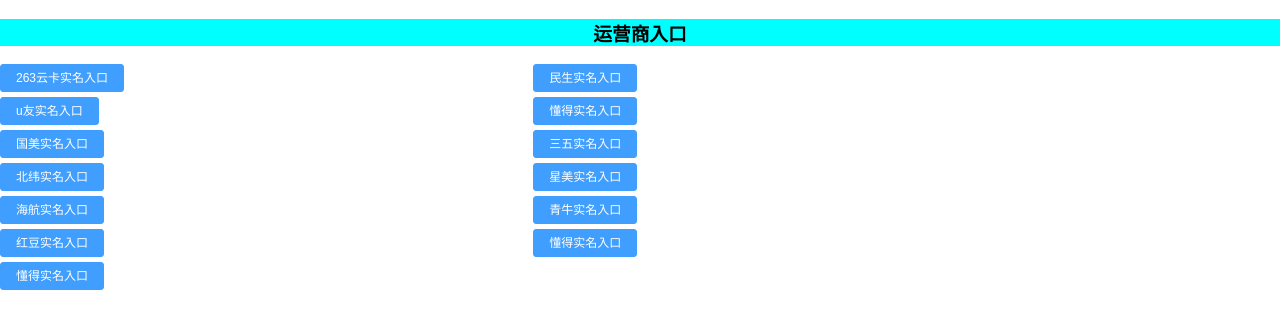
Repository: cmlsir1024/index-test
Page: index.html
These files come from the project's save history. The page is drawn as it stood at one moment and after the next save; the edit follows.
The browser window is 1280 px wide. The pictures show the whole page.

Above is the page before, as saved 2023-10-12 11:30:16.

### index.html
<!DOCTYPE html>
<html lang="en">
  <head>
    <meta charset="UTF-8" />
    <meta http-equiv="X-UA-Compatible" content="IE=edge" />
    <meta name="viewport" content="width=device-width, initial-scale=1.0" />

    <title>运营商入口</title>
    <script src="./js/vue.js"></script>
    <!-- 引入样式 -->
    <!-- <link rel="stylesheet" href="https://unpkg.com/element-ui/lib/theme-chalk/index.css" /> -->
    <!-- 引入组件库 -->
    <!-- <script src="https://unpkg.com/element-ui/lib/index.js"></script> -->
    <!-- <script src="./js/vue.js"></script> -->
    <!-- 引入样式 -->
    <link rel="stylesheet" href="./css/element-ui.css" />
    <!-- 引入组件库 -->
    <script src="./js/element-ui.js"></script>
    <style>
      html,
      body {
        margin: 0px;
        padding: 0px;
        overflow: hidden;
        /* background-color: #5e95dd; */
      }

      .tag {
        width: 60px;
        height: 30px;
        background: #a5bbd8;
        word-wrap: break-word;
        font-size: 12px;
        pointerevents: none;
      }

      .table-man {
        position: absolute;
        right: 10px;
        top: 0px;
        z-index: 999 !important;
      }

      /*最外层透明*/
      .el-table,
      .el-table__expanded-cell {
        /* background-color: transparent; */
        background-color: rgba(255, 255, 255, 0.5);
      }

      /* 表格内背景颜色 */
      .el-table th,
      .el-table tr,
      .el-table td {
        /* background-color: rgba(94, 150, 223); */
      }

      .el-dropdown-link {
        cursor: pointer;
        color: #ffffff;
        font-size: 16px;
      }

      .el-icon-arrow-down {
        font-size: 16px;
      }

      .ListCss {
        margin-top: 10px;
        margin-bottom: 10px;
        /* width: 100%; */
        display: flex;
        justify-content: flex-end;
      }

      .ist-add {
      }
      .icolor {
        color: chartreuse;
      }
      .xiacolor {
        color: dimgrey;
      }

      /* .buttonCss {
      margin-left: 50%;
    } */
      .el-table tr {
        background-color: transparent;
      }
      .box {
        justify-content: center;
      }
      .buttons {
        margin-bottom: 5px;
      }
    </style>
  </head>

  <body>
    <div id="app">
      <h3 style="background-color: aqua; text-align: center">运营商入口</h3>
      <div class="box">
        <el-row>
          <el-col :span="10" v-for="item in dataList">
            <el-button
              class="buttons"
              size="mini"
              @click="handleInfo(item.url)"
              type="primary"
            >
              {{item.name}}
            </el-button>
          </el-col>
        </el-row>

        <el-dialog
          title="扫码进入入口"
          :visible.sync="dialogVisible"
          width="80%"
        >
          <el-image
            style="width: 100px; height: 100px"
            :src="jpgList"
          ></el-image>
          <span slot="footer" class="dialog-footer">
            <el-button @click="dialogVisible = false">取 消</el-button>
            <el-button type="primary" @click="dialogVisible = false">
              确 定
            </el-button>
          </span>
        </el-dialog>
      </div>
    </div>
  </body>

  <script>
    var vm = new Vue({
      el: "#app",

      data: function () {
        return {
          radio1: "",
          dataList: [
            { name: "263云卡实名入口", id: 1, url: "./asstas/1.jpg" },
            { name: "民生实名入口", id: 2, url: "./asstas/2.jpg" },
            { name: "u友实名入口", id: 3, url: "./asstas/3.jpg" },
            { name: "懂得实名入口", id: 4, url: "./asstas/4.jpg" },
            { name: "国美实名入口", id: 4, url: "./asstas/4.jpg" },
            { name: "三五实名入口", id: 4, url: "./asstas/4.jpg" },
            { name: "北纬实名入口", id: 4, url: "./asstas/4.jpg" },
            { name: "星美实名入口", id: 4, url: "./asstas/4.jpg" },
            { name: "海航实名入口", id: 4, url: "./asstas/4.jpg" },
            { name: "青牛实名入口", id: 4, url: "./asstas/4.jpg" },
            { name: "红豆实名入口", id: 4, url: "./asstas/4.jpg" },
            { name: "懂得实名入口", id: 4, url: "./asstas/4.jpg" },
            { name: "懂得实名入口", id: 4, url: "./asstas/4.jpg" },
          ],
          dialogVisible: false,
          jpgList: "",
        };
      },
      created: function () {},
      mounted: function () {},
      methods: {
        handleInfo(str) {
          console.log(str);
          this.jpgList = str;
          this.dialogVisible = true;
        },
      },
    });
  </script>
</html>

Loaded but not shown: js/vue.js (library); css/element-ui.css (library); js/element-ui.js (library)

After the next save:
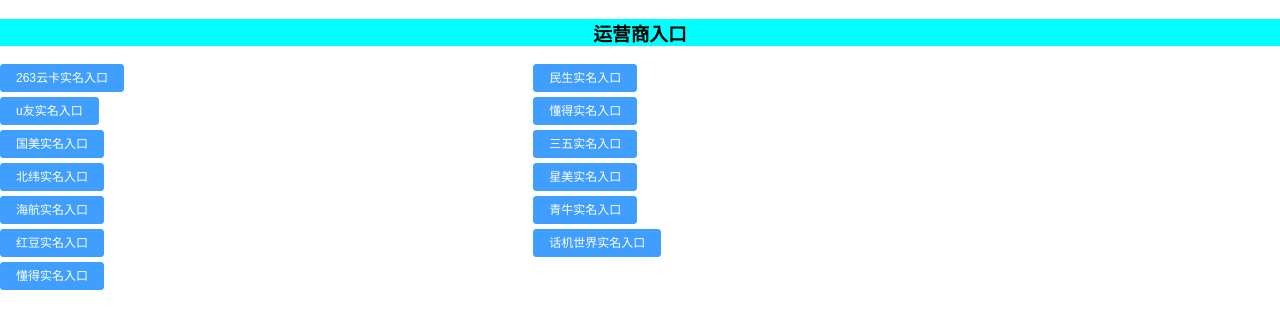
Saved 9 s later.
--- a/index.html
+++ b/index.html
@@ -153,7 +153,7 @@
             { name: "海航实名入口", id: 4, url: "./asstas/4.jpg" },
             { name: "青牛实名入口", id: 4, url: "./asstas/4.jpg" },
             { name: "红豆实名入口", id: 4, url: "./asstas/4.jpg" },
-            { name: "懂得实名入口", id: 4, url: "./asstas/4.jpg" },
+            { name: "话机世界实名入口", id: 4, url: "./asstas/4.jpg" },
             { name: "懂得实名入口", id: 4, url: "./asstas/4.jpg" },
           ],
           dialogVisible: false,
